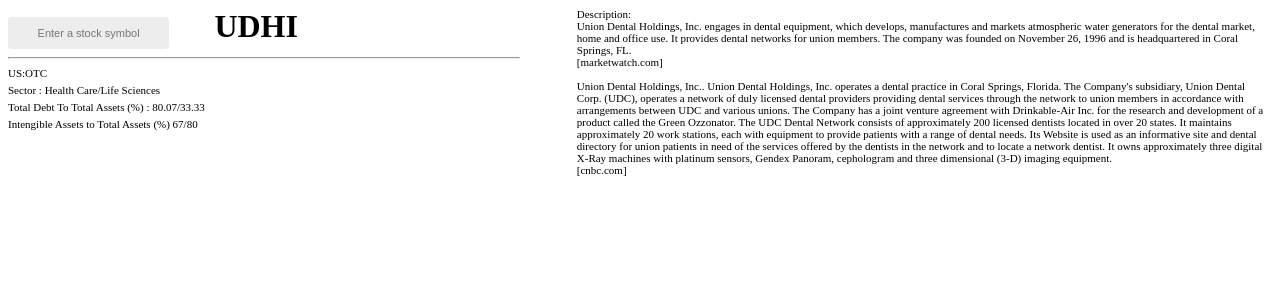
Repository: hadi4172/halal-stock-scanner
Page: popup.html
The author's editor kept a copy of each file at every save. The page is drawn from the files as they stood at one save, then again after the next save.
The browser window is 1280 px wide. The pictures show the whole page.

Above is the page before, as saved 2020-09-24 18:44:14.

After the next save:
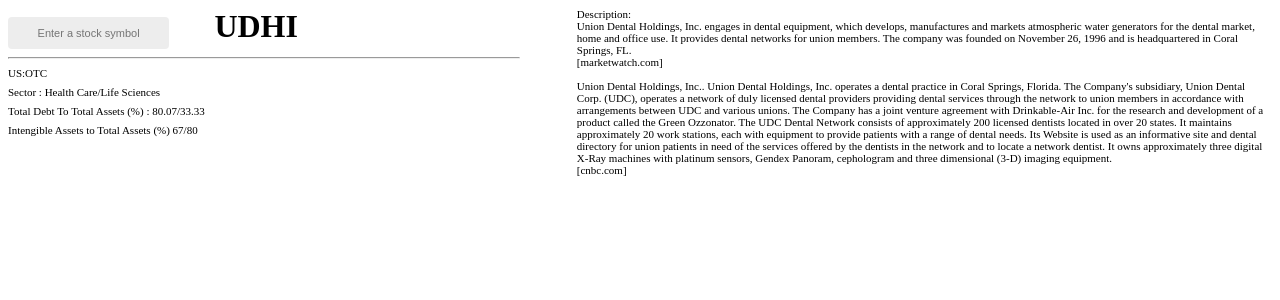
Saved 10 s later.
--- a/popup.css
+++ b/popup.css
@@ -42,5 +42,5 @@
 
 .info{
     font-size: 11px;
-    margin-bottom: 5px;
+    margin-bottom: 7px;
 }
